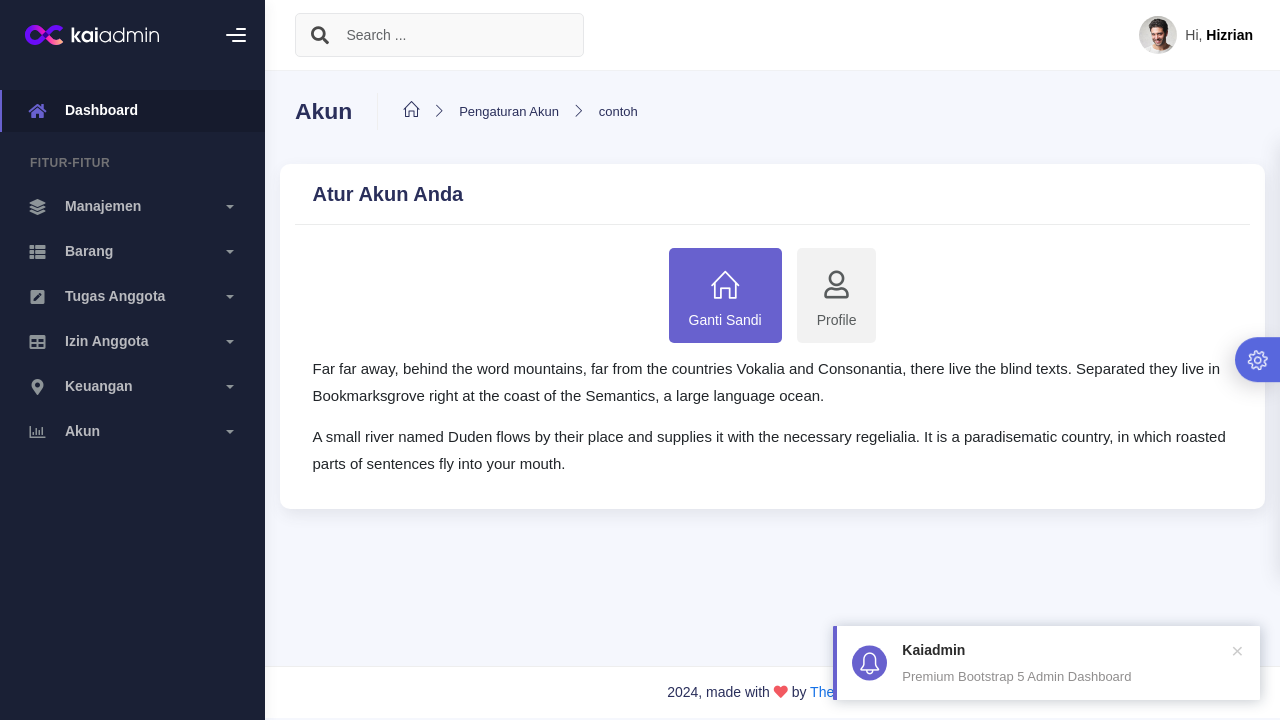
Repository: fatkquladhim/multimedia_laravel
Page: http://localhost/akun
An editor plug-in stored every save of this project. The page is shown before and after the next save, followed by the edit.
The browser window is 1280 px wide. The pictures show the whole page.
Some web fonts or font styles are not loaded; a fallback is used. The page is served by the project's Laravel application, run on PHP 8.4 with Laravel 12.

Above is the page before, as saved 2025-08-16 23:04:02.
Console error: ReferenceError: jsVectorMap is not defined

After the next save:
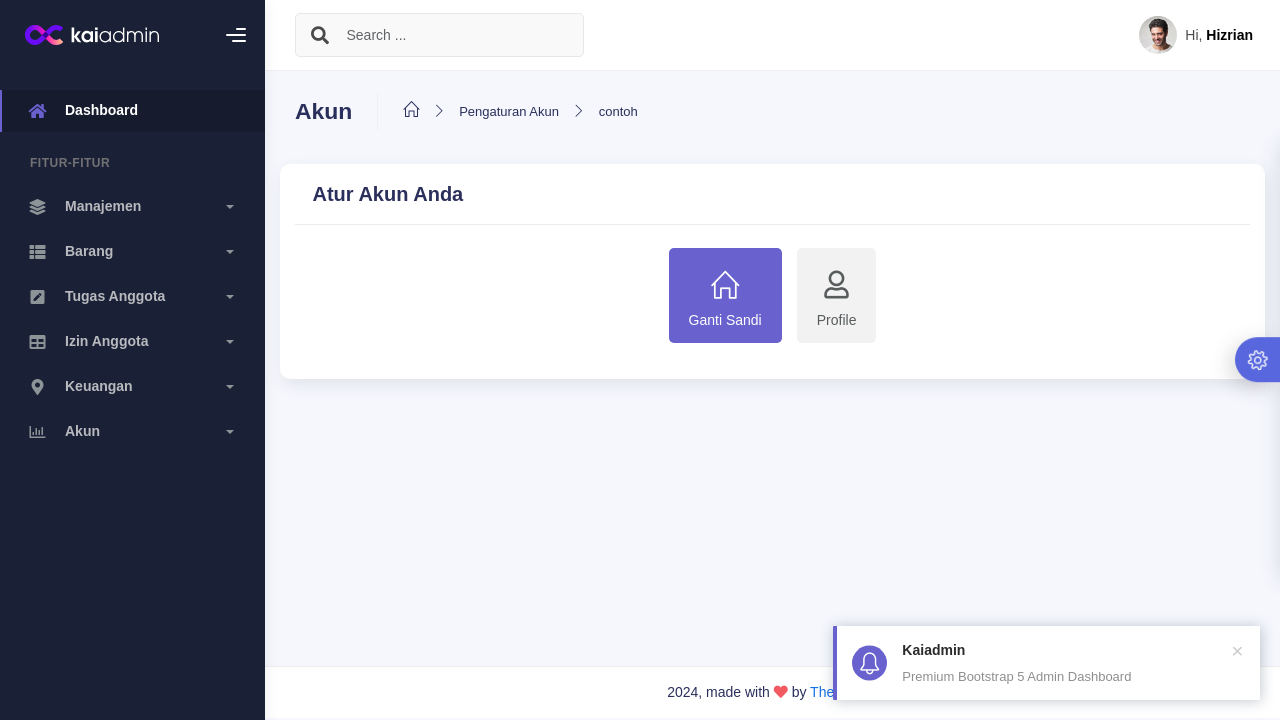
Saved 22 s later.
--- a/resources/views/akun/tampil.blade.php
+++ b/resources/views/akun/tampil.blade.php
@@ -45,9 +45,7 @@
                 </ul>
                 <div class="tab-content mt-2 mb-3" id="pills-with-icon-tabContent">
                   <div class="tab-pane fade show active" id="pills-home-icon" role="tabpanel" aria-labelledby="pills-home-tab-icon">
-                    <p>Far far away, behind the word mountains, far from the countries Vokalia and Consonantia, there live the blind texts. Separated they live in Bookmarksgrove right at the coast of the Semantics, a large language ocean.</p>
 
-                    <p>A small river named Duden flows by their place and supplies it with the necessary regelialia. It is a paradisematic country, in which roasted parts of sentences fly into your mouth.</p>
                   </div>
                   <div class="tab-pane fade" id="pills-profile-icon" role="tabpanel" aria-labelledby="pills-profile-tab-icon">
                     <p>Even the all-powerful Pointing has no control about the blind texts it is an almost unorthographic life One day however a small line of blind text by the name of Lorem Ipsum decided to leave for the far World of Grammar.</p>
